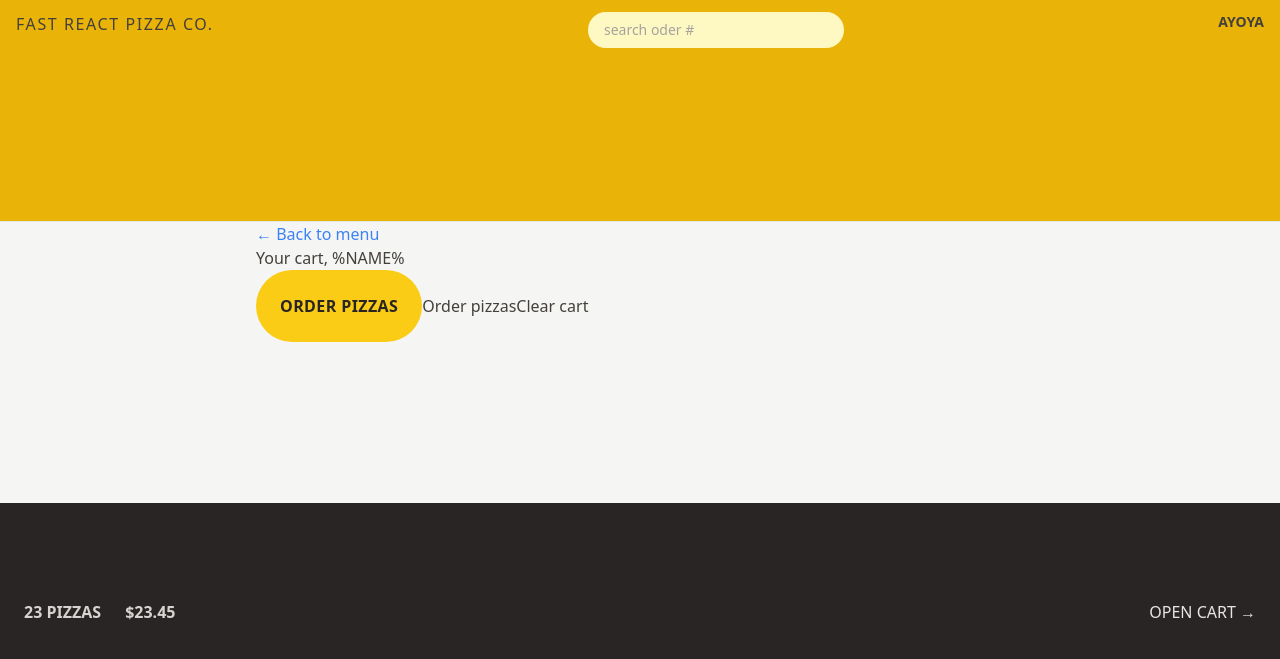
Repository: ayakhaled0001/pizza-delivery
Page: /cart
An editor plug-in stored every save of this project. The page is shown before and after the next save, followed by the edit.
The browser window is 1280 px wide. The pictures show the whole page.
The project was rebuilt for these pictures with package versions that can differ from the ones it lists, and the page was loaded fresh each time. Also part of the build but not shown: vite.config.js, src/features/user/CreateUser.jsx, src/ui/Home.jsx, src/services/apiRestaurant.jsx, src/utilities/helpers.jsx, src/features/menu/MenuItem.jsx, src/features/menu/Menu.jsx, src/features/order/Order.jsx and 2 more. Imported but missing from the stored project, and not drawn on this page: src/features/order/CreateOrder.

Above is the page before, as saved 2025-05-01 05:17:42.

### index.html
<!DOCTYPE html>
<html lang="en">
  <head>
    <meta charset="UTF-8" />
    <link rel="icon" type="image/svg+xml" href="/vite.svg" />
    <meta name="viewport" content="width=device-width, initial-scale=1.0" />
    <link rel="preconnect" href="https://fonts.googleapis.com" />
    <link rel="preconnect" href="https://fonts.gstatic.com" crossorigin />
    <link
      href="https://fonts.googleapis.com/css2?family=Roboto+Mono:ital,wght@0,100..700;1,100..700&display=swap"
      rel="stylesheet" />
    <title>Vite + React</title>
  </head>
  <body class="bg-stone-100 text-stone-700">
    <div id="root"></div>
    <script type="module" src="/src/main.jsx"></script>
  </body>
</html>

### src/App.jsx
import { createBrowserRouter, RouterProvider } from "react-router-dom";
import Home from "./ui/Home";
import Menu, { loader as menuLoader } from "./features/menu/Menu";
import Cart from "./features/cart/Cart";
import CreateOrder, {
  action as CreateOrderAction,
} from "./features/order/CreateOrder";
import Order, { loader as orderLoader } from "./features/order/Order";
import AppLayout from "./ui/AppLayout";
import Error from "./ui/Error";
const router = createBrowserRouter([
  {
    element: <AppLayout />,
    children: [
      { path: "/", element: <Home /> },
      {
        path: "/menu",
        element: <Menu />,
        loader: menuLoader,
        errorElement: <Error />,
      },
      { path: "/cart", element: <Cart /> },
      {
        path: "/order/new",
        element: <CreateOrder />,
        action: CreateOrderAction,
      },
      {
        path: "/order/:orderId",
        element: <Order />,
        loader: orderLoader,
        errorElement: <Error />,
      },
    ],
  },
]);
function App() {
  return <RouterProvider router={router} />;
}

export default App;

### src/index.css
@tailwind base;
@tailwind components;
@tailwind utilities;

@layer components {
  .input {
    @apply w-full rounded-full border
    border-stone-200
    px-4 py-2 text-sm transition-all
    duration-300 focus:outline-none
    focus:ring focus:ring-yellow-400
    md:px-5;
  }

  .loader {
    width: 45px;
    aspect-ratio: 0.75;
    --c: no-repeat linear-gradient(theme(colors.stone.700) 0 0);
    background: var(--c) 0% 50%, var(--c) 50% 50%, var(--c) 100% 50%;
    background-size: 20% 50%;
    animation: loading 1s infinite linear;
  }

  @keyframes loading {
    20% {
      background-position: 0% 0%, 50% 50%, 100% 50%;
    }
    40% {
      background-position: 0% 100%, 50% 0%, 100% 50%;
    }
    60% {
      background-position: 0% 50%, 50% 100%, 100% 0%;
    }
    80% {
      background-position: 0% 50%, 50% 50%, 100% 100%;
    }
  }
}

/* body {
  font-family: system-ui, -apple-system, BlinkMacSystemFont, "Segoe UI", Roboto,
    Oxygen, Ubuntu, Cantarell, "Open Sans", "Helvetica Neue", sans-serif;
  background-color: #f7f7f7;
  color: #444;
}

.layout {
  display: grid;
  grid-template-rows: auto 1fr auto;
  gap: 32px;
  height: 100dvh;
} */

/* https://dev.to/afif/i-made-100-css-loaders-for-your-next-project-4eje */

### src/features/cart/Cart.jsx
import { Link } from "react-router-dom";
import LinkButton from "../../ui/LinkButton";
import Button from "../../ui/Button";

const fakeCart = [
  {
    pizzaId: 12,
    name: "Mediterranean",
    quantity: 2,
    unitPrice: 16,
    totalPrice: 32,
  },
  {
    pizzaId: 6,
    name: "Vegetale",
    quantity: 1,
    unitPrice: 13,
    totalPrice: 13,
  },
  {
    pizzaId: 11,
    name: "Spinach and Mushroom",
    quantity: 1,
    unitPrice: 15,
    totalPrice: 15,
  },
];

function Cart() {
  const cart = fakeCart;

  return (
    <div>
      <LinkButton to="/menu">&larr; Back to menu</LinkButton>

      <h2>Your cart, %NAME%</h2>

      <div>
        <Button to="/order/new">Order pizzas</Button>
        <Link>Order pizzas</Link>
        <button>Clear cart</button>
      </div>
    </div>
  );
}

export default Cart;

### src/ui/AppLayout.jsx
import Header from "./Header";
import CartOverview from "../features/cart/CartOverview";
import { Outlet, useNavigation } from "react-router-dom";
import Loader from "./Loader";

function AppLayout() {
  const navigation = useNavigation();
  const isLoading = navigation.state === "loading";
  console.log(navigation.state);
  return (
    <div className="grid h-screen grid-row-[auto_1fr_auto]">
      {isLoading && <Loader />}

      <Header />
      <div className="">
        <main className="max-w-3xl mx-auto">
          <Outlet />
        </main>
      </div>
      <CartOverview />
    </div>
  );
}

export default AppLayout;

### src/ui/LinkButton.jsx
import { Link, useNavigate } from "react-router-dom";

function LinkButton({ children, to }) {
  const navigate = useNavigate();
  if (to === -1)
    return (
      <button
        onClick={() => navigate(-1)}
        className="tex-sm text-blue-500 hover:text-blue-700 hover:underline">
        {children}
      </button>
    );
  return (
    <Link
      to={to}
      className="tex-sm text-blue-500 hover:text-blue-700 hover:underline">
      {children}
    </Link>
  );
}

export default LinkButton;

### src/ui/Button.jsx
import { Link } from "react-router-dom";

function Button({ disabled, children, to }) {
  const className = `bg-yellow-400 uppercase font-semibold
    text-stone-800 py-3 px-4
     inline-block tracking-wide
     rounded-full hover:bg-yellow-300  transition-all duration-300
    focus:outline-none focus:ring focus:ring-yellow-300 focus:ring-offset-2
    disabled:cursor-not-allowed sm:px-6 sm:py-6`;
  if (to)
    return (
      <Link to={to} className={className}>
        {children}
      </Link>
    );
  return (
    <button disabled={disabled} className={className}>
      {children}
    </button>
  );
}

export default Button;

### src/ui/Header.jsx
import { Link } from "react-router-dom";
import SearchOrder from "../features/order/SearchOrder.jsx";
import UserName from "../features/user/UserName.jsx";

function Header() {
  return (
    <header className="font flex justify-between bg-yellow-500 px-4 py-3 uppercase border-b border-stone-200">
      <Link to="/" className="tracking-widest">
        Fast React Pizza Co.
      </Link>
      <SearchOrder />
      <UserName />
    </header>
  );
}

export default Header;

### src/features/cart/CartOverview.jsx
import { Link } from "react-router-dom";

function CartOverview() {
  return (
    <div
      className="bg-stone-800 text-stone-200 uppercase p-4 sm:px-6 px-4 py-4
    md:text-base flex items-center justify-between">
      <p className="text-stone-300 sm:space-x-6 font-semibold space-x-4">
        <span>23 pizzas</span>
        <span>$23.45</span>
      </p>
      <Link to="/cart">Open cart &rarr;</Link>
    </div>
  );
}

export default CartOverview;

### src/features/order/SearchOrder.jsx
import { useState } from "react";
import { useNavigate } from "react-router-dom";

function SearchOrder() {
  const [query, setQuery] = useState("");
  const navigate = useNavigate();
  function handleSubmit(e) {
    e.preventDefault();
    if (!query) return;
    navigate(`/order/${query}`);
    setQuery("");
  }
  return (
    <form onSubmit={handleSubmit}>
      <input
        placeholder="search oder #"
        value={query}
        onChange={(e) => setQuery(e.target.value)}
        className="duration-300 sm:w-64 focus:outline-none focus:ring
         focus:ring-yellow-500 focus:ring-opacity-50  sm:focus:w-72 transition-all w-28
         bg-yellow-100 rounded-full px-4 py-2 text-sm placeholder:text-stone-400"
      />
    </form>
  );
}

export default SearchOrder;

### src/features/user/UserName.jsx
function UserName() {
  return <div className="hidden md:block text-sm font-semibold">ayoya</div>;
}

export default UserName;

### tailwind.config.js
/** @type {import('tailwindcss').Config} */
export default {
  content: ["./index.html", "./src/**/*.{js,jsx,ts,tsx}"],
  theme: {
    fontFamily: {
      pizza: "Roboto Mono , monospace",
    },
    extend: {},
  },
  plugins: [],
};

Loaded but not shown: src/main.jsx (common file)

After the next save:
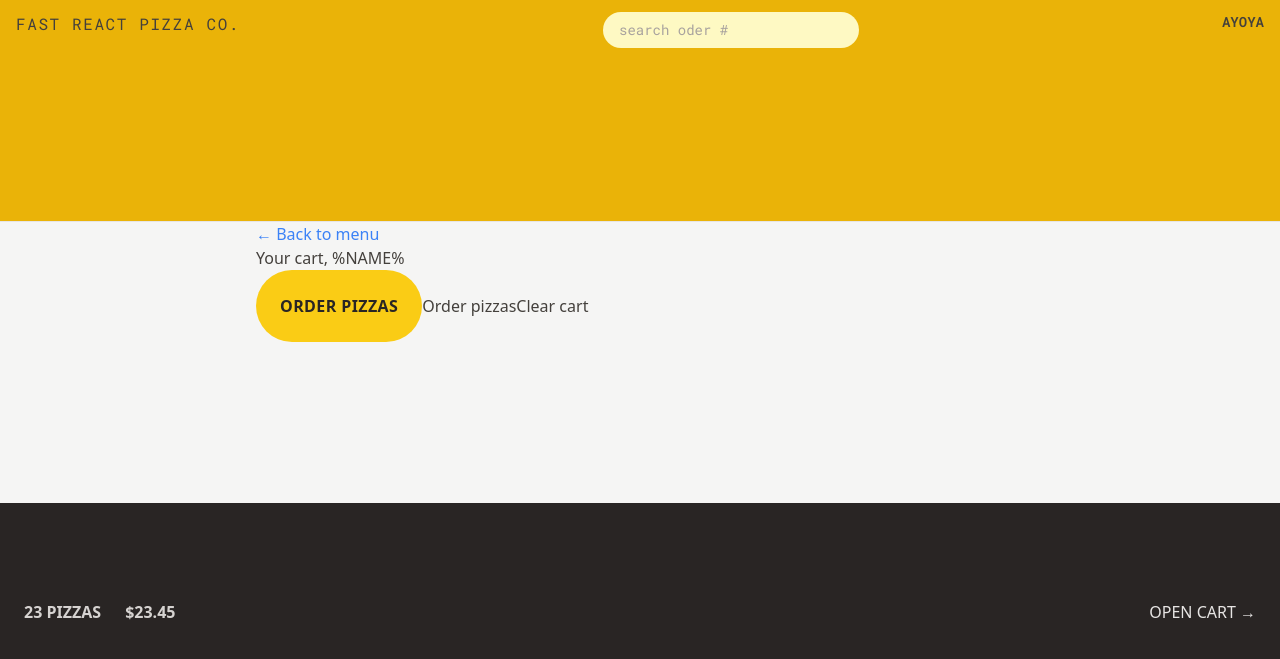
Saved 10 s later.
--- a/src/ui/Header.jsx
+++ b/src/ui/Header.jsx
@@ -4,7 +4,7 @@ import UserName from "../features/user/UserName.jsx";
 
 function Header() {
   return (
-    <header className="font flex justify-between bg-yellow-500 px-4 py-3 uppercase border-b border-stone-200">
+    <header className="font-pizza flex justify-between bg-yellow-500 px-4 py-3 uppercase border-b border-stone-200">
       <Link to="/" className="tracking-widest">
         Fast React Pizza Co.
       </Link>
